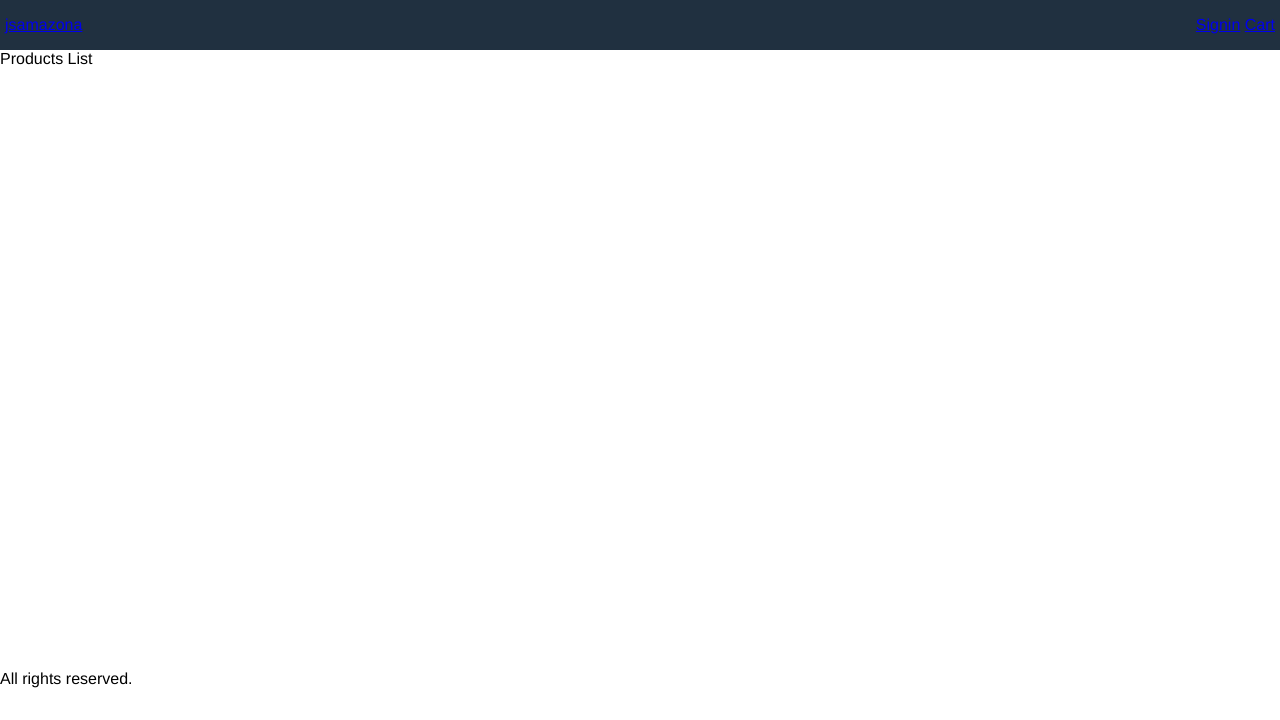
Repository: Mardoqueu/ecommerce-website
Page: jsamazona/frontend/src/index.html
An editor plug-in stored every save of this project. The page is shown before and after the next save, followed by the edit.
The browser window is 1280 px wide. The pictures show the whole page.

Above is the page before, as saved 2022-09-12 10:04:15.

After the next save:
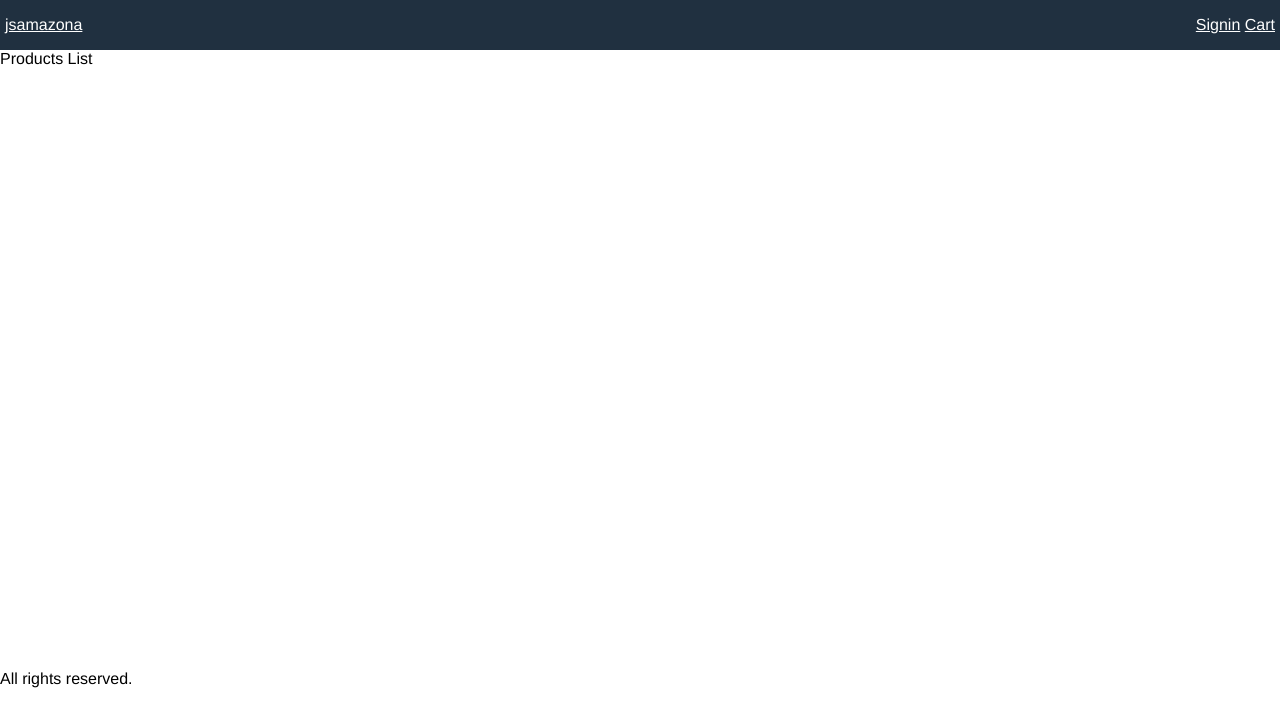
Saved 45 s later.
--- a/jsamazona/frontend/src/style.css
+++ b/jsamazona/frontend/src/style.css
@@ -29,3 +29,7 @@
     align-items: center;
     padding: 0.5rem;
   }
+
+  header a {
+    color: white;
+  }
